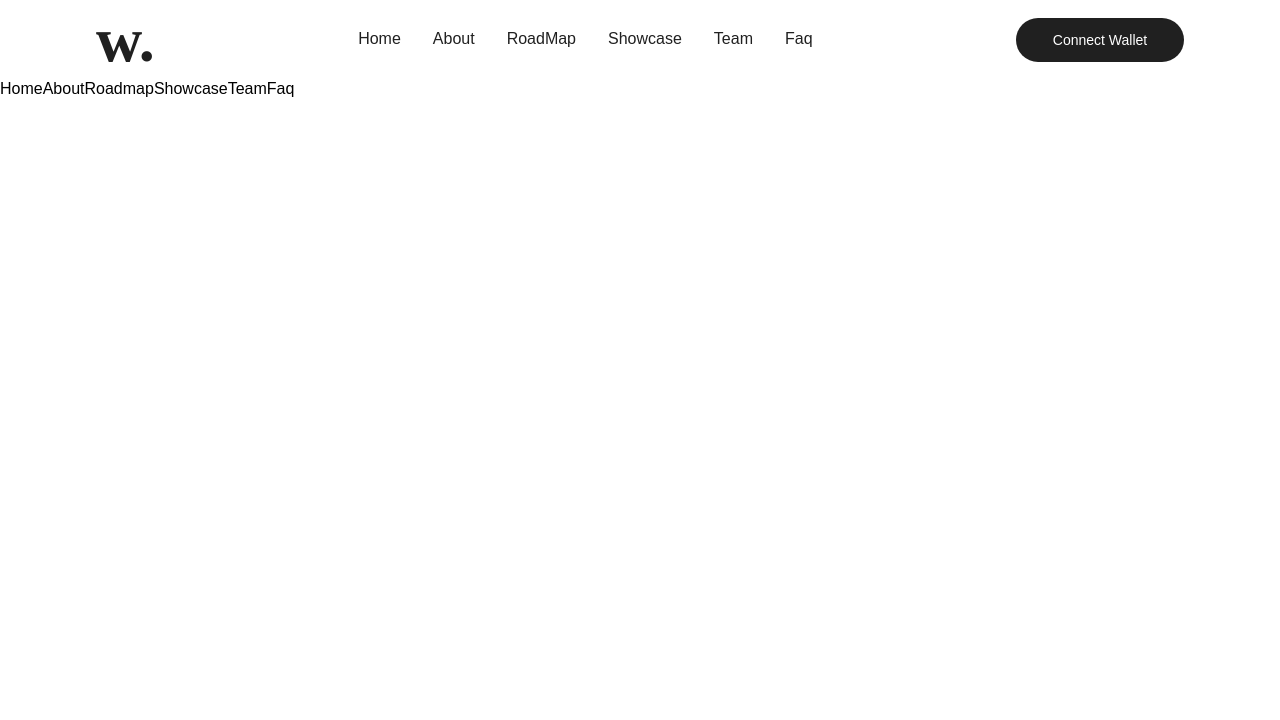
Repository: guilhermecardoso93/The-Weirdos-NFT-Website-Starter-Code
Page: /
These files come from the project's save history. The page is drawn as it stood at one moment and after a run of saves; the edit follows.
The browser window is 1280 px wide. The pictures show the whole page.
Some web fonts or font styles are not loaded; a fallback is used. The project was rebuilt for these pictures with package versions that can differ from the ones it lists, and the page was loaded fresh each time.

Above is the page before, as saved 2023-11-27 20:58:50.

After the next 4 saves:
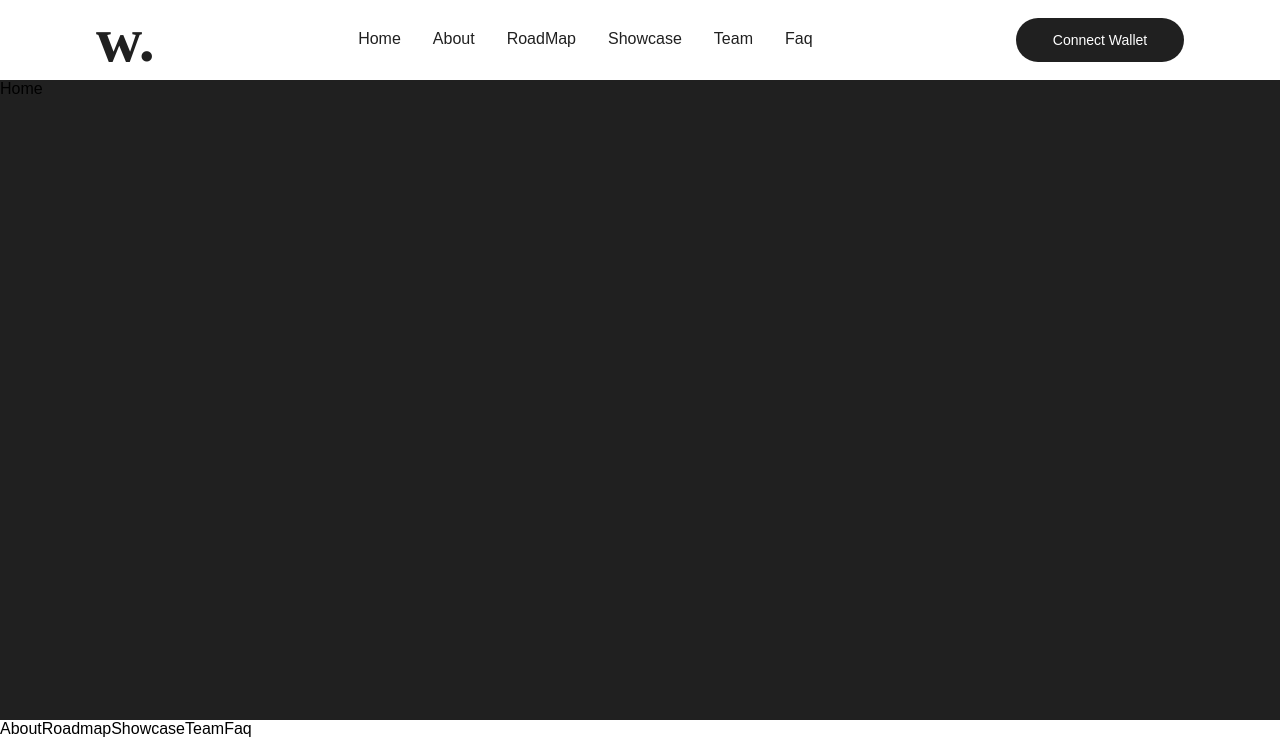
The 4 saves are shown as one change because 3 did not build or start.
The last was saved 118 s later.
--- a/src/components/sections/Home/index.jsx
+++ b/src/components/sections/Home/index.jsx
@@ -1,7 +1,9 @@
+import { Section, Container } from "./style";
+
 export function Home() {
   return (
-    <>
+    <Section>
       Home
-    </>
+    </Section>
   )
 }
--- a/src/components/sections/Home/style.js
+++ b/src/components/sections/Home/style.js
@@ -5,7 +5,8 @@
   width:100vw;
   position: relative;
   background-color: ${props => props.theme.text}
-`
+`;
+
 export const Container = styled.div`
 
 
